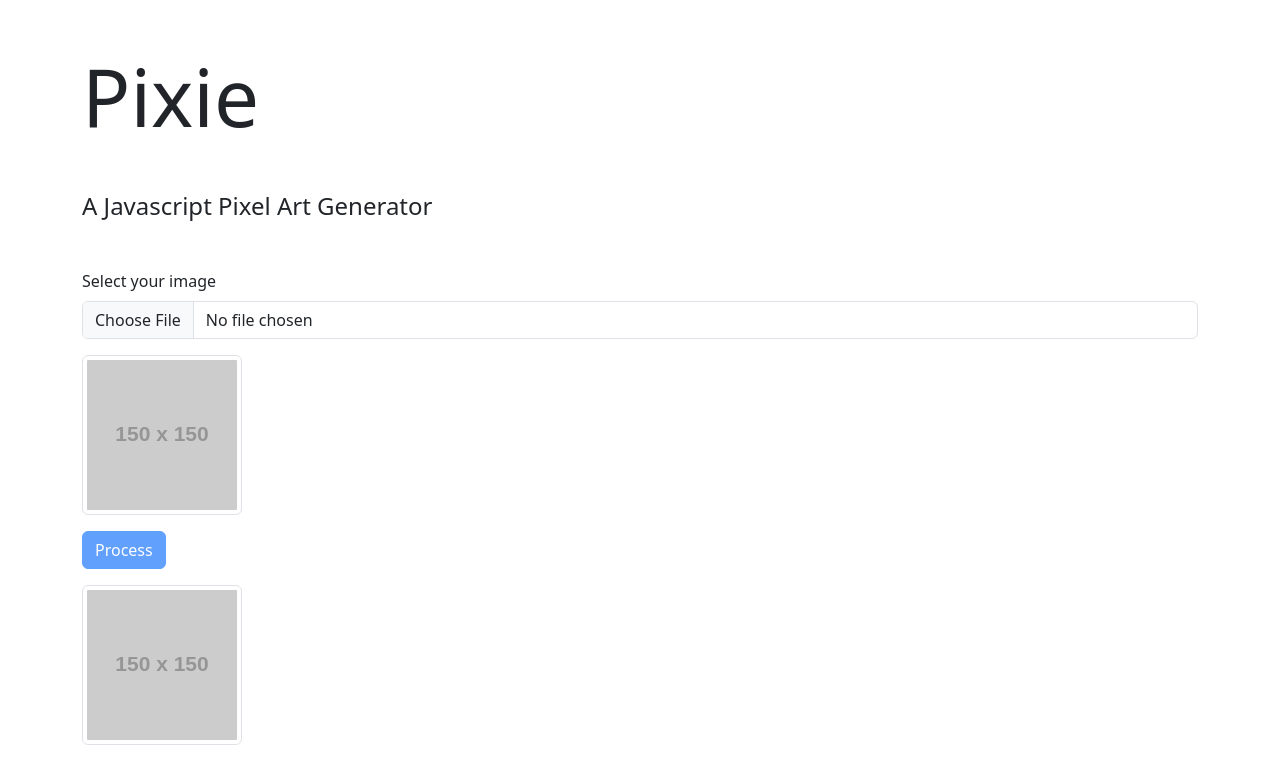
Repository: BigEmperor26/Pixie
Page: index.html
The author's editor kept a copy of each file at every save. The page is drawn from the files as they stood at one save, then again after the next save.
The browser window is 1280 px wide. The pictures show the whole page.

Above is the page before, as saved 2023-12-08 15:24:18.
Console error: ReferenceError: onOpenCvReady is not defined

### index.html
<!doctype html>
<html lang="en">
  <head>
    <meta charset="utf-8">
    <meta name="viewport" content="width=device-width, initial-scale=1">
    <title>Pixie</title>
    <link href="https://cdn.jsdelivr.net/npm/bootstrap@5.3.2/dist/css/bootstrap.min.css" rel="stylesheet" integrity="sha384-T3c6CoIi6uLrA9TneNEoa7RxnatzjcDSCmG1MXxSR1GAsXEV/Dwwykc2MPK8M2HN" crossorigin="anonymous">

  </head>
  <body>
    <div class="container">
    <p class="h1 my-5 display-1">Pixie</p>
    <p class="h4 my-5 disabled">A Javascript Pixel Art Generator</p>
    <div class="my-3">
        <label for="formFile" class="form-label">Select your image</label>
        <input class="form-control" type="file" id="fileInput" onchange="console.log('changed')">
    </div>
    <div class="my-3">
        <img src="https://via.placeholder.com/150" class="img-thumbnail" alt="..." onclick="" id="imageSrc">
    </div>
    <button type="button" class="btn btn-primary disabled" id="processButton">Process</button>
  <!-- Content here -->
    <div class="my-3">
        <img src="https://via.placeholder.com/150" class="img-thumbnail" alt="..." onclick="" id="imageOut">
    </div>
    </div>
    <script src="https://cdn.jsdelivr.net/npm/bootstrap@5.3.2/dist/js/bootstrap.bundle.min.js" integrity="sha384-C6RzsynM9kWDrMNeT87bh95OGNyZPhcTNXj1NW7RuBCsyN/o0jlpcV8Qyq46cDfL" crossorigin="anonymous"></script>
    <script type="text/javascript">
        let imgElement = document.getElementById("imageSrc")
        let inputElement = document.getElementById("fileInput");
        inputElement.addEventListener("change", (e) => {
            let butn = document.getElementById("processButton")
            butn.classList.remove("disabled")
          imgElement.src = URL.createObjectURL(e.target.files[0]);
        }, false);
        imgElement.onload = function () {
            let mat = cv.imread(imgElement);
            cv.imshow('canvasOutput', mat);
            mat.delete();
          };
    </script>
    <script async src="opencv.js" onload="onOpenCvReady();" type="text/javascript"></script>
  </body>
</html>

Loaded but not shown: opencv.js (no stored copy; drawn as an empty file)

After the next save:
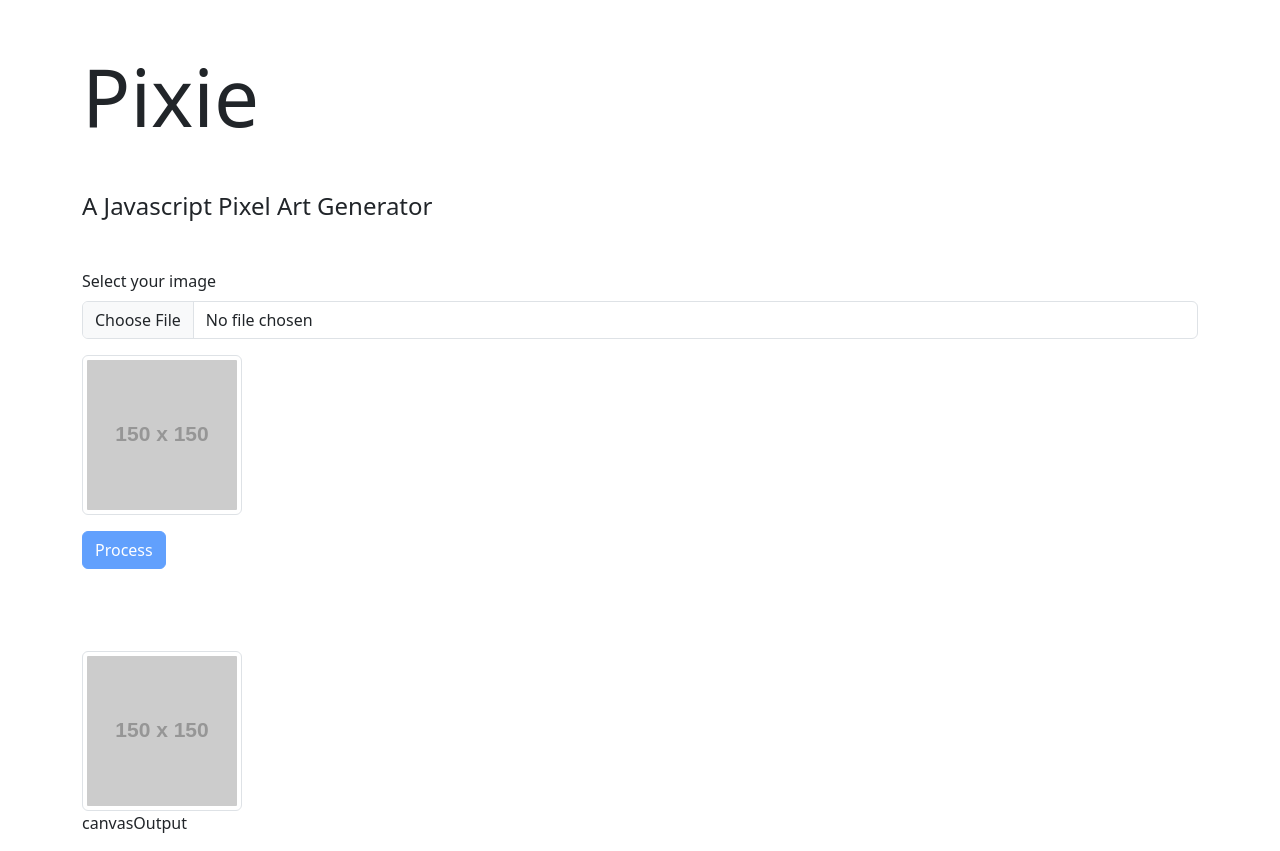
Saved 41 s later.
--- a/index.html
+++ b/index.html
@@ -22,6 +22,8 @@
   <!-- Content here -->
     <div class="my-3">
         <img src="https://via.placeholder.com/150" class="img-thumbnail" alt="..." onclick="" id="imageOut">
+        <canvas id="canvasOutput"></canvas>
+        <div class="caption">canvasOutput</div>
     </div>
     </div>
     <script src="https://cdn.jsdelivr.net/npm/bootstrap@5.3.2/dist/js/bootstrap.bundle.min.js" integrity="sha384-C6RzsynM9kWDrMNeT87bh95OGNyZPhcTNXj1NW7RuBCsyN/o0jlpcV8Qyq46cDfL" crossorigin="anonymous"></script>

After the 3 saves that followed:
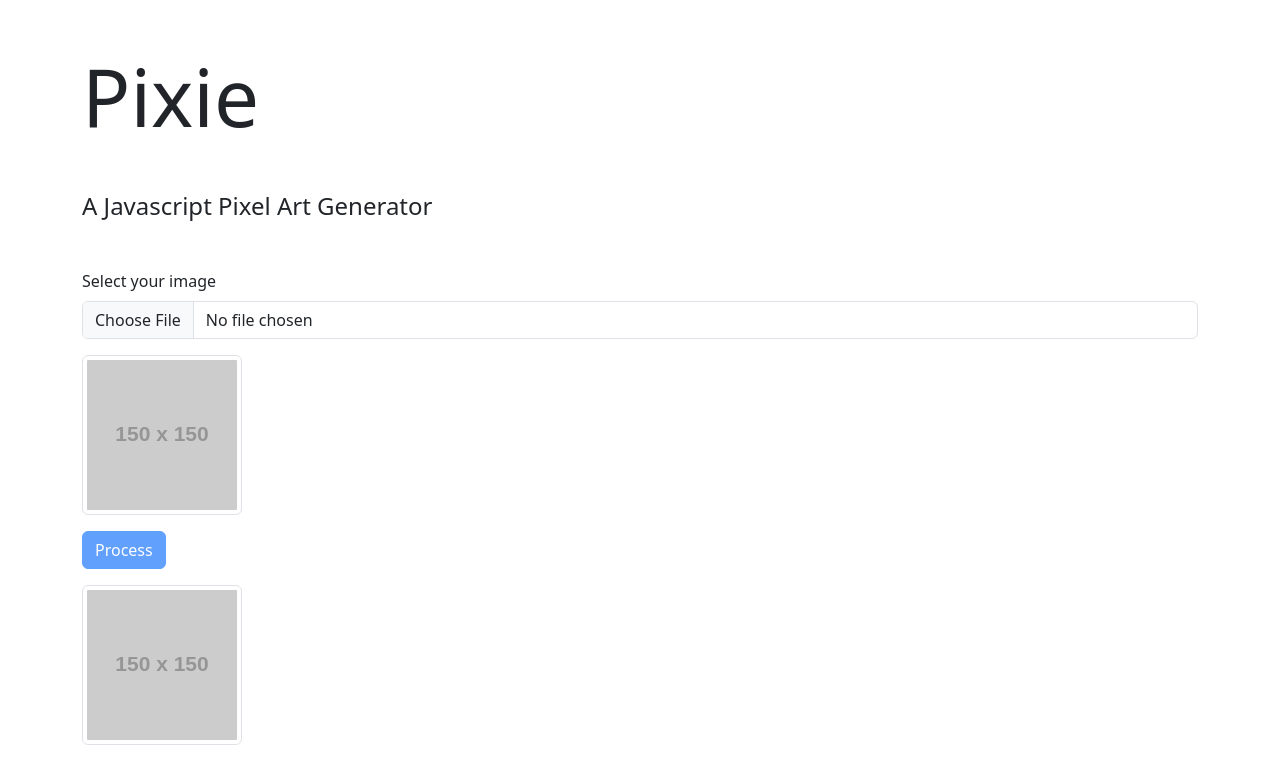
The 3 saves are shown as one change because 2 left the picture as it was.
The last was saved 62 s later.
--- a/index.html
+++ b/index.html
@@ -21,9 +21,9 @@
     <button type="button" class="btn btn-primary disabled" id="processButton">Process</button>
   <!-- Content here -->
     <div class="my-3">
-        <img src="https://via.placeholder.com/150" class="img-thumbnail" alt="..." onclick="" id="imageOut">
-        <canvas id="canvasOutput"></canvas>
-        <div class="caption">canvasOutput</div>
+        <img src="https://via.placeholder.com/150" class="img-thumbnail" alt="..." onclick="" id="canvasOutput">
+        <!-- <canvas id="canvasOutput" ></canvas>
+        <div class="caption">canvasOutput</div> -->
     </div>
     </div>
     <script src="https://cdn.jsdelivr.net/npm/bootstrap@5.3.2/dist/js/bootstrap.bundle.min.js" integrity="sha384-C6RzsynM9kWDrMNeT87bh95OGNyZPhcTNXj1NW7RuBCsyN/o0jlpcV8Qyq46cDfL" crossorigin="anonymous"></script>
